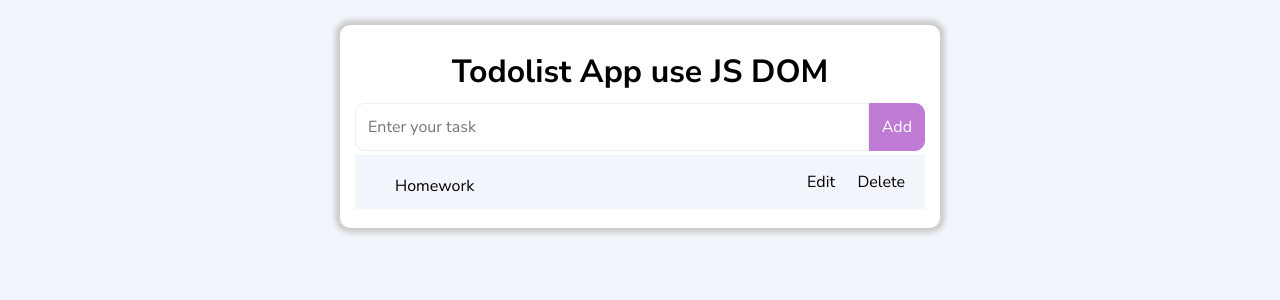
Repository: anhquan74-dev/todolist_app
Page: index.html
These files come from the project's save history. The page is drawn as it stood at one moment and after the next save; the edit follows.
The browser window is 1280 px wide. The pictures show the whole page.
Some web libraries are served in a nearby version.

Above is the page before, as saved 2022-07-21 16:29:06.

After the next save:
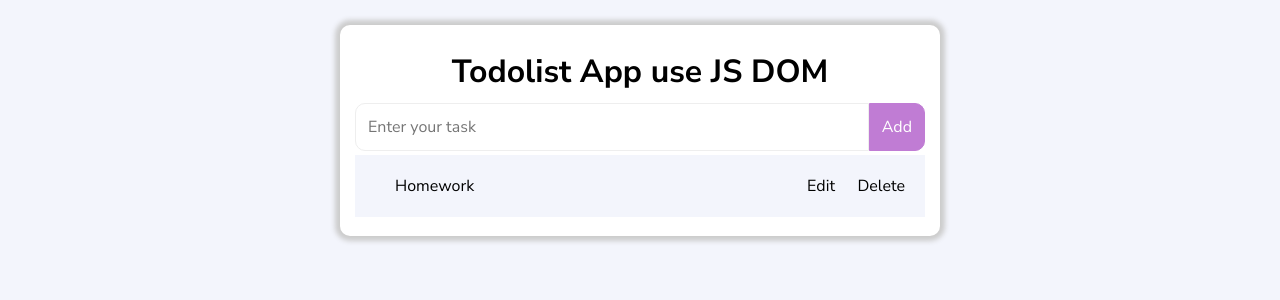
Saved 4 s later.
--- a/style.css
+++ b/style.css
@@ -65,7 +65,7 @@ h1 {
 }
 
 .item {
-    padding: 20px 12px 12px 40px;
+    padding: 20px 12px 20px 40px;
     background-color: #f3f5fc;
     margin:4px 0;
     position: relative;
